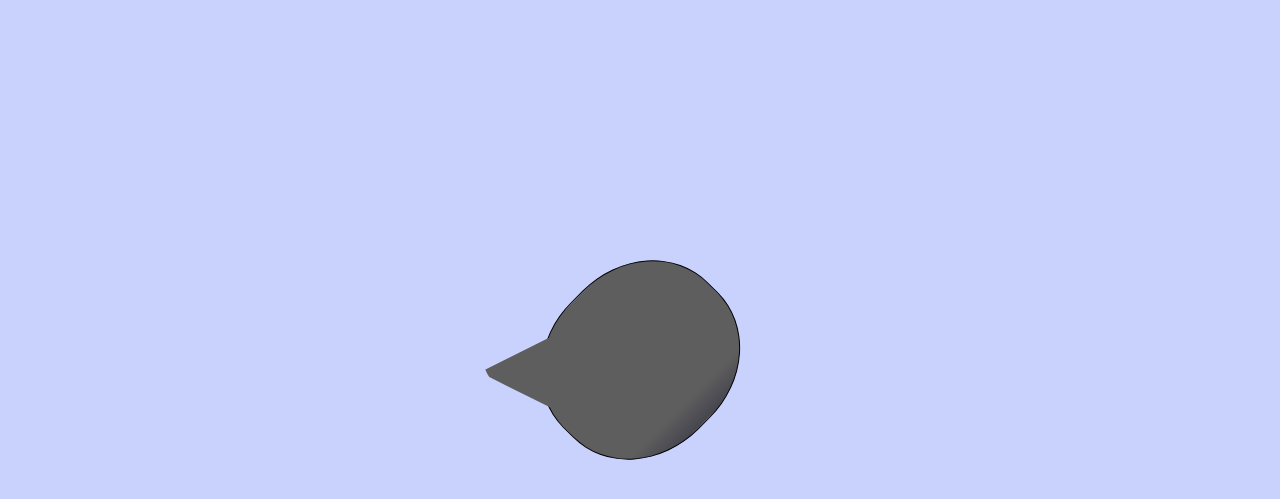
Repository: Lungdjos/cat_painting
Page: index.html
These files come from the project's save history. The page is drawn as it stood at one moment and after the next save; the edit follows.
The browser window is 1280 px wide. The pictures show the whole page.

Above is the page before, as saved 2023-11-07 23:47:05.

After the next save:
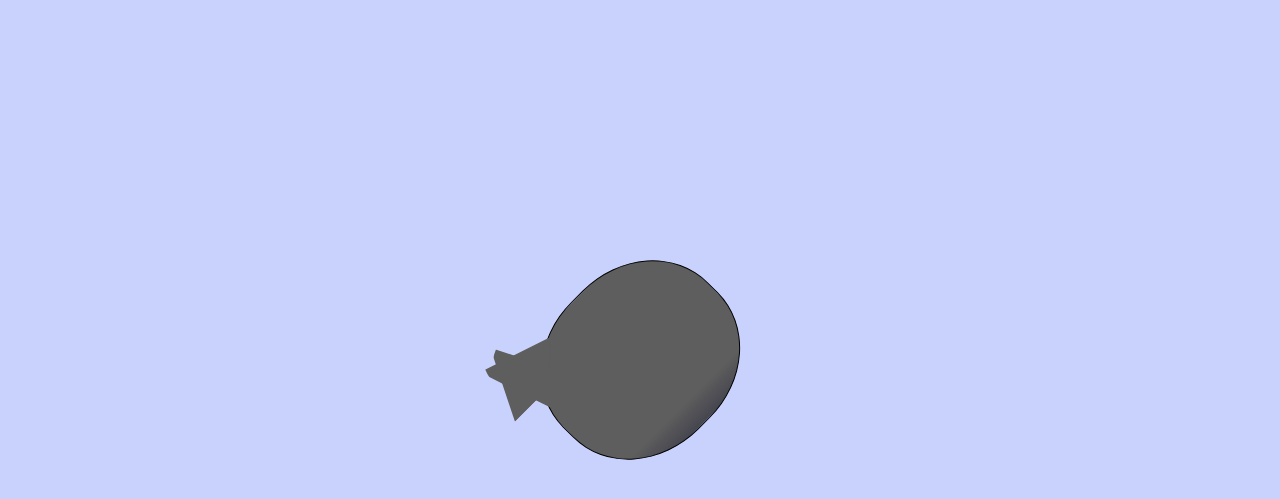
Saved 4 s later.
--- a/styles.css
+++ b/styles.css
@@ -23,7 +23,7 @@ body {
     transform: rotate(-45deg);
 }
 
-.cat-left-ear {
+.cat-right-ear {
     position: absolute;
     top: -26px;
     left: -31px;
